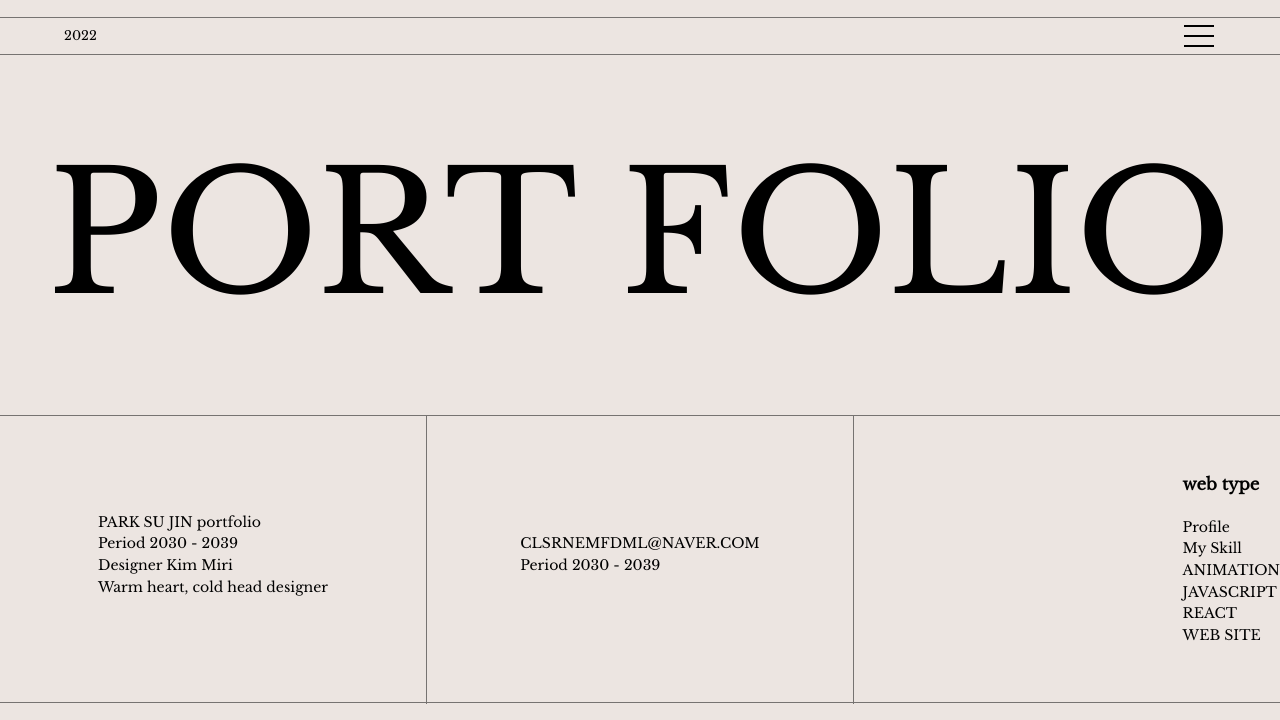
Repository: clsrnemfdml/portfolio_parksj_versiton1
Page: index.html
The author's editor kept a copy of each file at every save. The page is drawn from the files as they stood at one save, then again after the next save.
The browser window is 1280 px wide. The pictures show the whole page.

Above is the page before, as saved 2021-09-07 07:42:34.

### index.html
<!DOCTYPE html>
<html lang="en">
<head>
    <meta charset="UTF-8">
    <meta http-equiv="X-UA-Compatible" content="IE=edge">
    <meta name="viewport" content="width=device-width, initial-scale=1.0">
    <title>parkjs portfolio</title>
    <meta name="descripsion" content="박수진의 포트폴리오 입니다.">
    <link rel="stylesheet" href="css/reset.css">
    <link rel="stylesheet" href="css/index.css">
    <style> @import url('https://fonts.googleapis.com/css2?family=Libre+Baskerville&display=swap');</style>
    <script src="js/index.js"></script>

</head>
<body>
    <div id="wrap">
        <section id="section1">
            <div class="wrap_portFolio">
                <div class="menu">
                    <p>2022</p>
                    <span>
                    </span>
                </div>
                <div class="content">
                    <h6>PORT FOLIO</h6>
                </div>
                <div class="content_bottom">
                    <div class="rsum1">
                        <p>PARK SU JIN portfolio<br>
                        Period  2030 - 2039<br>
                        Designer   Kim Miri<br>
                        Warm heart, cold head designer</p>
                    </div>
                    <div class="rsum2">
                        <p>CLSRNEMFDML@NAVER.COM<br>
                        Period  2030 - 2039</p>
                    </div>
                    <div class="rsum3">
                        <ul>
                            <li class="fitst_write">web type</li>
                            <li>Profile</li>
                            <li>My Skill</li>
                            <li>ANIMATION</li>
                            <li>JAVASCRIPT</li>
                            <li>REACT</li>
                            <li>WEB SITE</li>
                        </ul>
                    </div>
                </div>
            </div>

        </section>
    </div>

</body>
</html>

### css/index.css


#wrap{width: 100%; height: auto;}




/*section1 */
#wrap #section1{height: 100vh; width: 100%; background: #ECE5E1;
    font-family: 'Libre Baskerville', serif; position: relative;}

#wrap #section1 .wrap_portFolio{
    width: 100%;
    height: 95vh;
    position: absolute;
    top: 50%;
    transform: translateY(-50%);
    border-bottom: 1px solid #767371;
    border-top: 1px solid #767371;
}

#wrap #section1 .menu{
    width: 100%;
    height: 5vh;
    border-bottom: 1px solid #767371;
    position: relative;
    font-size: 1vw;

}
#wrap #section1 .menu p{
    padding-left: 5%;
    position: absolute;
    top: 50%;
    transform: translateY(-50%);
}
#wrap #section1 .menu span{
    display: block;
    position: absolute;
    right: 4%;
    top: 50%;
    transform: translate(-50%, -50%);
    width: 30px;
    height: 2px;
    background: rgb(0, 0, 0);
    float: right;
}
    #wrap #section1 .menu span::before{
    content: '';
    width: 30px;
    height: 2px;
    background: rgb(0, 0, 0);
    position: absolute;
    left: 0;
    bottom: 10px;
    transform: rotate(0deg);
    transition-duration: .3s;
}
    #wrap #section1 .menu span::after{
        content: '';
        width: 30px;
        height: 2px;
        background: rgb(0, 0, 0);
        position: absolute;
        left: 0;
        top: 10px;
        transform: rotate(0deg);
        transition-duration: .3s;
    }

    #wrap #section1 .content{
        height: 50vh;
        position: relative;
        width: 100%;
        font-size: 13vw;
        text-align: center;
        border-bottom: 1px solid #767371;


    }
    #wrap #section1 .content h6{
        position: absolute;
        width: 100%;
        top: 50%;
        left: 50%;
        transform: translate(-50% , -50%);
        font-weight: 300;
    }

    #wrap #section1 .content_bottom{
        width: 100%;
        height: 40vh;
        position: absolute;
        display: flex;
    }


    #wrap #section1 .content_bottom > div{
        width: 33.333%;
        height: auto;
        font-size: 1.1vw;





    }
    #wrap #section1 .content_bottom > div p{
        padding-bottom: 10px;
    }

    #wrap #section1 .content_bottom .rsum1{
        border-right: 1px solid #767371;
        display: flex;
        justify-content: center;
        align-items: center;
        line-height: 3vh;


    }
    #wrap #section1 .content_bottom .rsum2{
        border-right: 1px solid #767371;
        display: flex;
        justify-content: center;
        align-items: center;
        line-height: 3vh;
    }

    #wrap #section1 .content_bottom .rsum3{
        display: flex;
        justify-content: end;
        align-items: center;
        line-height: 3vh;
    }
    #wrap #section1 .content_bottom .rsum3 ul{

    }

    #wrap #section1 .content_bottom .rsum3 .fitst_write{
        font-weight: bold;
        font-size: 1.3vw;
        padding-bottom: 3vh;
    }

Loaded but not shown: css/reset.css (common file); js/index.js (no stored copy; drawn as an empty file)

After the next save:
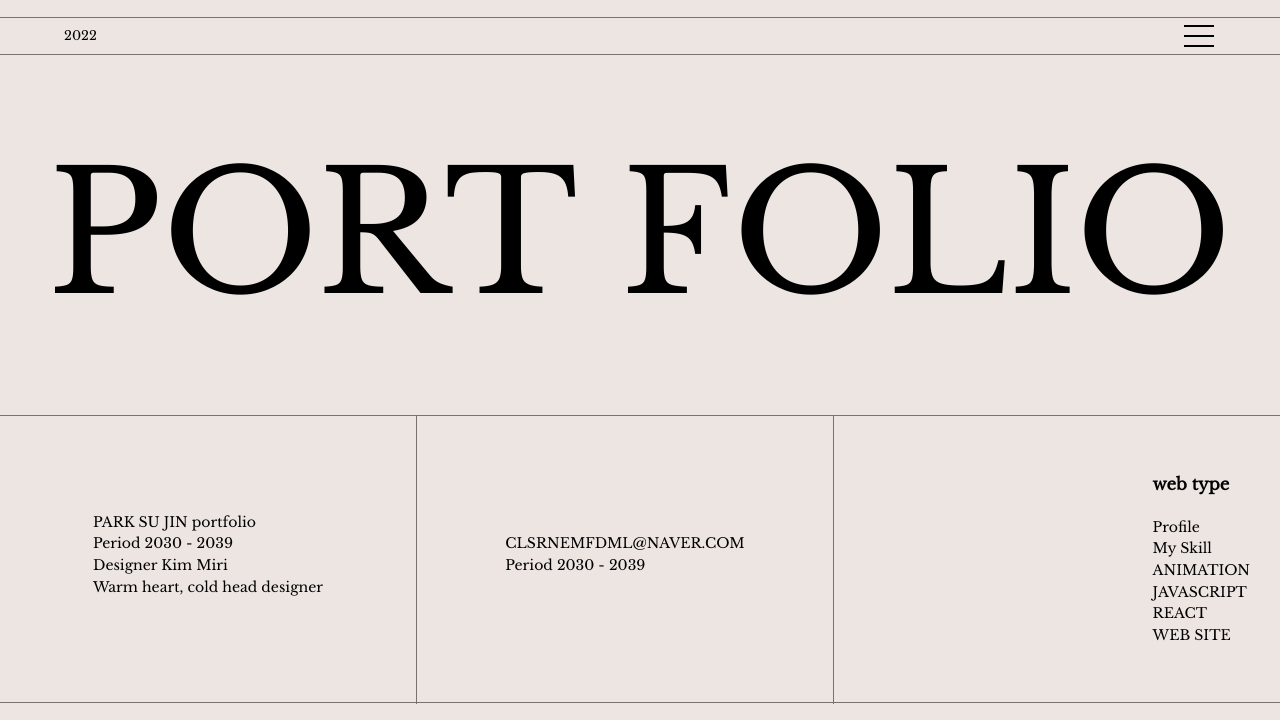
Saved 9 s later.
--- a/css/index.css
+++ b/css/index.css
@@ -130,6 +130,7 @@
         justify-content: end;
         align-items: center;
         line-height: 3vh;
+        margin-right: 30px;
     }
     #wrap #section1 .content_bottom .rsum3 ul{
 

After the 2 saves that followed:
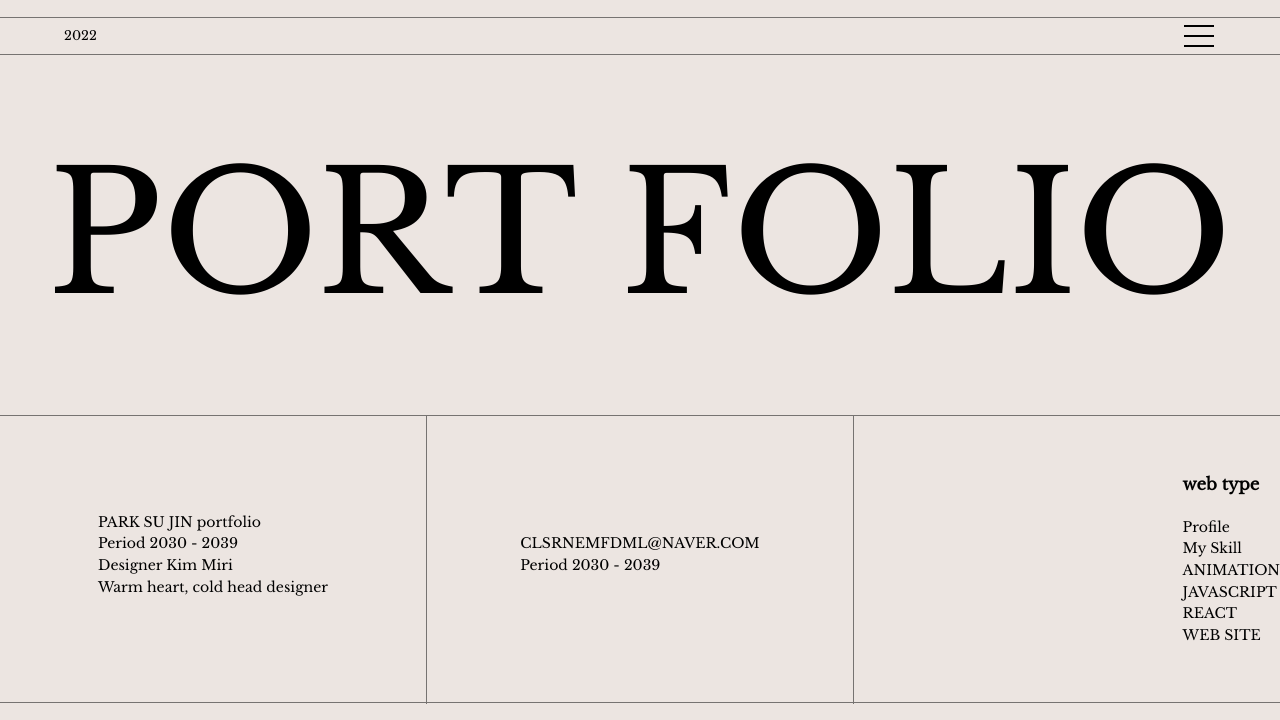
The 2 saves are shown as one change because 1 left the picture as it was.
The last was saved 27 s later.
--- a/css/index.css
+++ b/css/index.css
@@ -130,7 +130,6 @@
         justify-content: end;
         align-items: center;
         line-height: 3vh;
-        margin-right: 30px;
     }
     #wrap #section1 .content_bottom .rsum3 ul{
 
